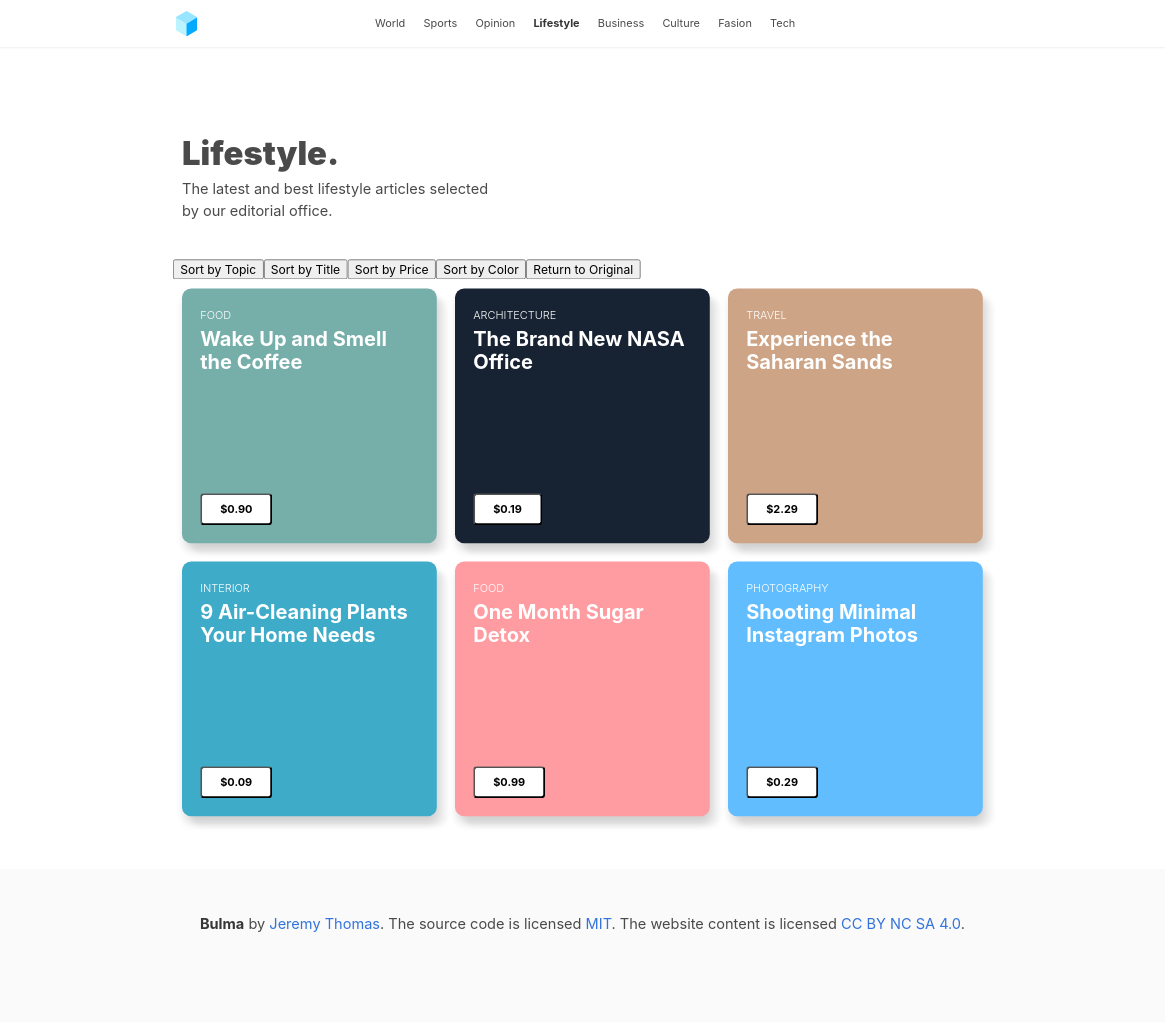
Repository: DOODpls/js_ass1
Page: index.html
These files come from the project's save history. The page is drawn as it stood at one moment and after the next save; the edit follows.
The browser window is 1280 px wide. The pictures show the whole page, at 91% of full size.

Above is the page before, as saved 2019-11-22 19:42:36.

### index.html
<!DOCTYPE html>
<html>
<head>
    <title></title>
    <link rel="stylesheet" href="https://cdnjs.cloudflare.com/ajax/libs/bulma/0.7.5/css/bulma.min.css" integrity="sha256-vK3UTo/8wHbaUn+dTQD0X6dzidqc5l7gczvH+Bnowwk=" crossorigin="anonymous" />
    <link rel="stylesheet" type="text/css" href="./styles.css">
</head>
<body>

    <nav class="navbar">
        <div class="container">
            <div class="logo"></div>
            <ul>
                <li>World</li>
                <li>Sports</li>
                <li>Opinion</li>
                <li><strong>Lifestyle</strong></li>
                <li>Business</li>
                <li>Culture</li>
                <li>Fasion</li>
                <li>Tech</li>
            </ul>
            <span class="icon">
              <i class="ion-ionic" style='color: black; background: black;'></i>
            </span>
        </div>
    </nav>

    <section class="section">
        <div class="container">
            <div style='margin: 40px 10px 40px'>
                <h1>Lifestyle.</h1>
                <p>The latest and best lifestyle articles selected<br/>
                    by our editorial office.
                </p>
            </div>
        </div>
        <div class="container">
            <div class='card-row' id='content'></div>
        </div>
    </section>

    <footer class="footer">
        <div class="content has-text-centered">
            <p>
                <strong>Bulma</strong> by <a href="https://jgthms.com">Jeremy Thomas</a>. The source code is licensed
                <a href="http://opensource.org/licenses/mit-license.php">MIT</a>. The website content
                is licensed <a href="http://creativecommons.org/licenses/by-nc-sa/4.0/">CC BY NC SA 4.0</a>.
            </p>
        </div>
    </footer>

    <script type="text/javascript" src='./app.js'></script>
</body>
</html>

### styles.css
/* - - - - - - - - - - - - - - - - - - - - - - - - - - - - - -
GENERAL
- - - - - - - - - - - - - - - - - - - - - - - - - - - - - - */
h1 {
    font-size: 36px;
    font-weight: 900;
}

.container {
    max-width: 900px;
}

/* - - - - - - - - - - - - - - - - - - - - - - - - - - - - - -
NAV
- - - - - - - - - - - - - - - - - - - - - - - - - - - - - - */
nav {
    border-bottom: 1px solid #ededed;
}

.navbar > .container {
    display: flex;
    align-items: center;
    justify-content: space-between;
}

nav .container ul {
    display: flex;
}

nav .container ul li {
    margin: 0 10px;
    font-size: 12px;
}

.logo {
    background: url('./img/logo.svg');
    background-size: 24px;
    background-position: center;
    background-repeat: no-repeat;

    height: 30px;
    width: 30px;
}

@media (max-width: 600px) {
    nav .container {
        padding: 0 30px;
    }

    nav .container ul {
        display: none;
    }
}

/* TILES */
.card-row {
    display: flex;
    flex-wrap: wrap;
}

.card {
    height: 280px;
    border-radius: 10px;
    background: rgba(23, 35, 50, 1);
    flex: 1 230px;
    margin: 10px;
    padding: 20px;
    position: relative;
    box-shadow: 2px 8px 9px 0px rgba(0, 0, 0, 0.14),
        11px 11px 6px rgba(0, 0, 0, 0.05);
}

.card .buy-button {
    position: absolute;
    bottom: 20px;
    left: 20px;
    background: white;
    color: black;
    border-radius: 4px;
    padding: 8px 20px;
    font-size: 12px;
    font-weight: 700;
}

.card .topic {
    color: white;
    font-weight: 300;
    font-size: 12px;
    text-transform: uppercase;
    margin-bottom: 5px;
}
.card .title {
    color: white;
    font-weight: 700;
    font-size: 22px;
}

### app.js
const green = 'rgba(118,174, 170, 1)'
const black = 'rgba(23,35, 50, 1)'
const brown = 'rgba(205,164, 133, 1)'
const greenblue = 'rgba(62,171, 201, 1)'
const pink = 'rgba(254,156, 161, 1)'
const blue = 'rgba(98,189, 254, 1)'

const data = [
    {
        topic: 'Food',
        title: 'Wake Up and Smell the Coffee',
        price: '$0.90',
        color: green
    },
    {
        topic: 'Architecture',
        title: 'The Brand New NASA Office',
        price: '$0.19',
        color: black
    },
    {
        topic: 'Travel',
        title: 'Experience the Saharan Sands',
        price: '$2.29',
        color: brown
    },
    {
        topic: 'Interior',
        title: '9 Air-Cleaning Plants Your Home Needs',
        price: '$0.09',
        color: greenblue
    },
    {
        topic: 'Food',
        title: 'One Month Sugar Detox',
        price: '$0.99',
        color: pink
    },
    {
        topic: 'Photography',
        title: 'Shooting Minimal Instagram Photos',
        price: '$0.29',
        color: blue
    }
]

// Instructions
// Take the data above and display it as tiles on the page


    // for(i=0; i<data.length; i++){
    //     let heig
    //     if(i % 2 == 0){
    //         heig = '500px'
    //     }

    //     const tilers = document.querySelector('#content')
    //     const divr = document.createElement('div')
    //     divr.className= 'card'
    //     divr.style.backgroundColor = data[i].color
    //     divr.style.flex = heig
    //     divr.id = 'divtile'+ i
    //     tilers.appendChild(divr)

    //     const p1 = document.querySelector('#divtile'+i)
    //     const pr1 = document.createElement('p')
    //     pr1.textContent = data[i].topic
    //     pr1.className= 'topic'
    //     p1.appendChild(pr1)

    //     const p2 = document.querySelector('#divtile'+i)
    //     const pr2 = document.createElement('p')
    //     pr2.textContent = data[i].title
    //     pr2.className= 'title'
    //     p2.appendChild(pr2)

    //     const btn1 = document.querySelector('#divtile'+i)
    //     const btr2 = document.createElement('button')
    //     btr2.textContent = data[i].price
    //     btr2.className= 'buy-button'
    //     btn1.appendChild(btr2)
    // }
    const tilers = document.querySelector('#content')
    function looop(){
      data.forEach(function(item)
    {
        const divr = document.createElement('div')
        divr.className = 'card'
        divr.style.backgroundColor = item.color
        tilers.appendChild(divr)

        const pr1 = document.createElement('p')
        pr1.textContent = item.topic
        pr1.className= 'topic'
        divr.appendChild(pr1)

        const pr2 = document.createElement('p')
        pr2.textContent = item.title
        pr2.className= 'title'
        divr.appendChild(pr2)

        const btr2 = document.createElement('button')
        btr2.textContent = item.price
        btr2.className= 'buy-button'
        divr.appendChild(btr2)
    })
    }
    looop();

    // tried to do sort, but i suck
    const container = document.querySelector('body section .container')
    const btn1 = document.createElement('button')
    btn1.className= 'topic'
    btn1.id = "butt1"
    btn1.innerText = "Sort by Topic"
    const btn2 = document.createElement('button')
    btn2.className= 'bytitle'
    btn2.id = "butt2"
    btn2.innerText = "Sort by Title"
    const btn3 = document.createElement('button')
    btn3.className= 'price'
    btn3.id = "butt3"
    btn3.innerText = "Sort by Price"
    const btn4 = document.createElement('button')
    btn4.className= 'price'
    btn4.id = "butt4"
    btn4.innerText = "Sort by Color"
    const btn5 = document.createElement('button')
    btn5.className= 'price'
    btn5.id = "butt5"
    btn5.innerText = "Return to Original"
    container.append(btn1, btn2, btn3, btn4, btn5)

    function sort1(){
      data.sort((a, b) => (a.topic > b.topic) ? 1 : -1)
    }
    function sort2(){
      data.sort((a, b) => (a.title > b.title) ? 1 : -1)
    }
    function sort3(){
      data.sort((a, b) => (a.price > b.price) ? 1 : -1)
    }
    function sort4(){
      data.sort((a, b) => (a.color > b.color) ? 1 : -1)
    }
    btn1.addEventListener('click', function(event) {
      sort1();
      tilers.innerHTML = "";
      looop();
    })
    btn2.addEventListener('click', function(event) {
      sort2();
      tilers.innerHTML = "";
      looop();
    })
    btn3.addEventListener('click', function(event) {
      sort3();
      tilers.innerHTML = "";
      looop();
    })
    btn4.addEventListener('click', function(event) {
      sort4();
      tilers.innerHTML = "";
      looop();
    })
    btn5.addEventListener('click', function(event) {
      tilers.innerHTML = "";
      looop();
    })
    //this one also works lolllll
    // data.forEach(function(items)
    // {
    // //   document.getElementById('content').innerHTML += '<div class="card" style="background-color:'+items.color+'"><p class="topic">'+items.topic+'</p><p class="title">'+items.title+'</p><button class="buy-button">'+items.price+'</button></div>';
    // })

After the next save:
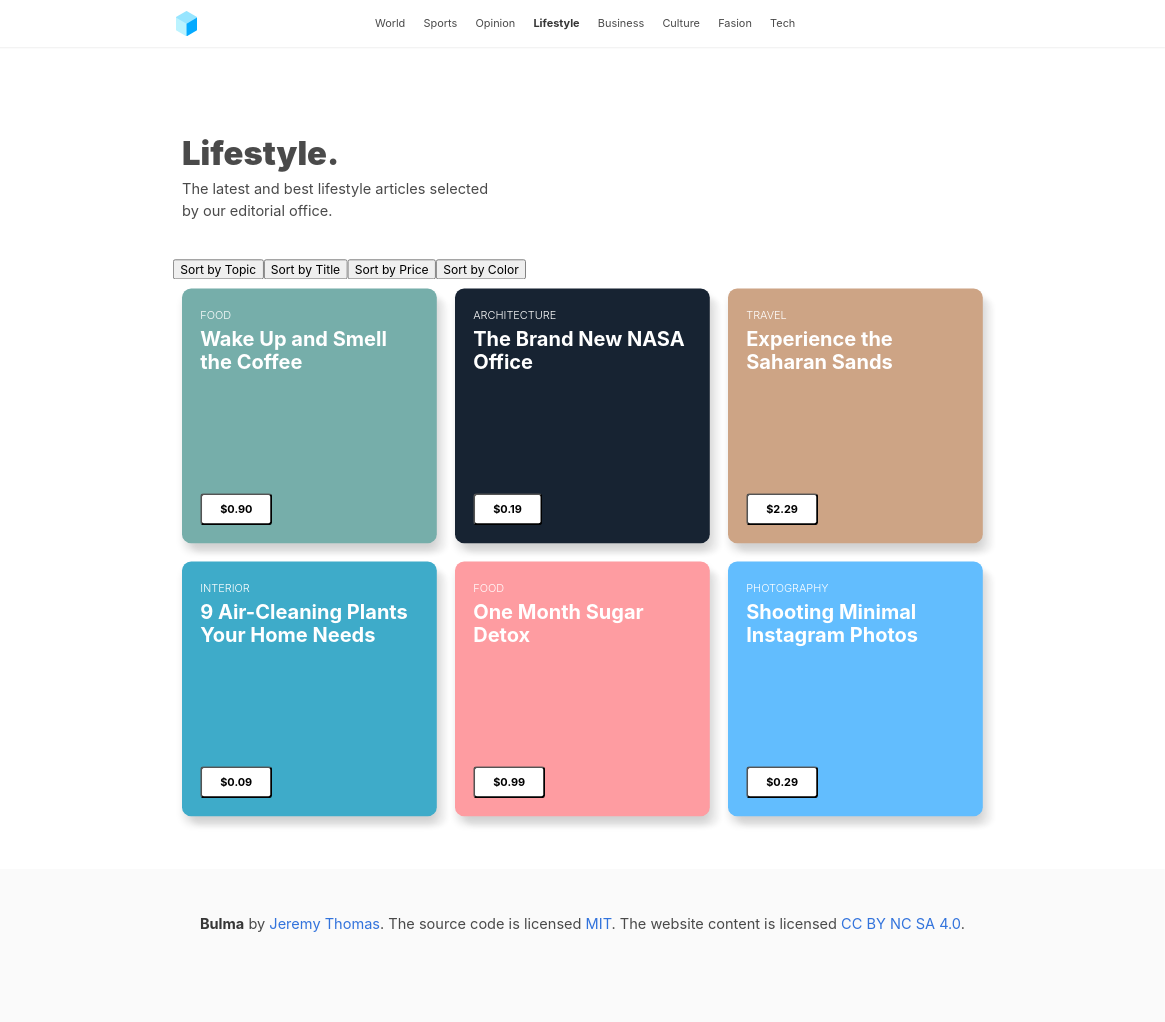
Saved 44 s later.
--- a/app.js
+++ b/app.js
@@ -125,11 +125,7 @@ const data = [
     btn4.className= 'price'
     btn4.id = "butt4"
     btn4.innerText = "Sort by Color"
-    const btn5 = document.createElement('button')
-    btn5.className= 'price'
-    btn5.id = "butt5"
-    btn5.innerText = "Return to Original"
-    container.append(btn1, btn2, btn3, btn4, btn5)
+    container.append(btn1, btn2, btn3, btn4)
 
     function sort1(){
       data.sort((a, b) => (a.topic > b.topic) ? 1 : -1)
@@ -163,10 +159,6 @@ const data = [
       tilers.innerHTML = "";
       looop();
     })
-    btn5.addEventListener('click', function(event) {
-      tilers.innerHTML = "";
-      looop();
-    })
     //this one also works lolllll
     // data.forEach(function(items)
     // {
